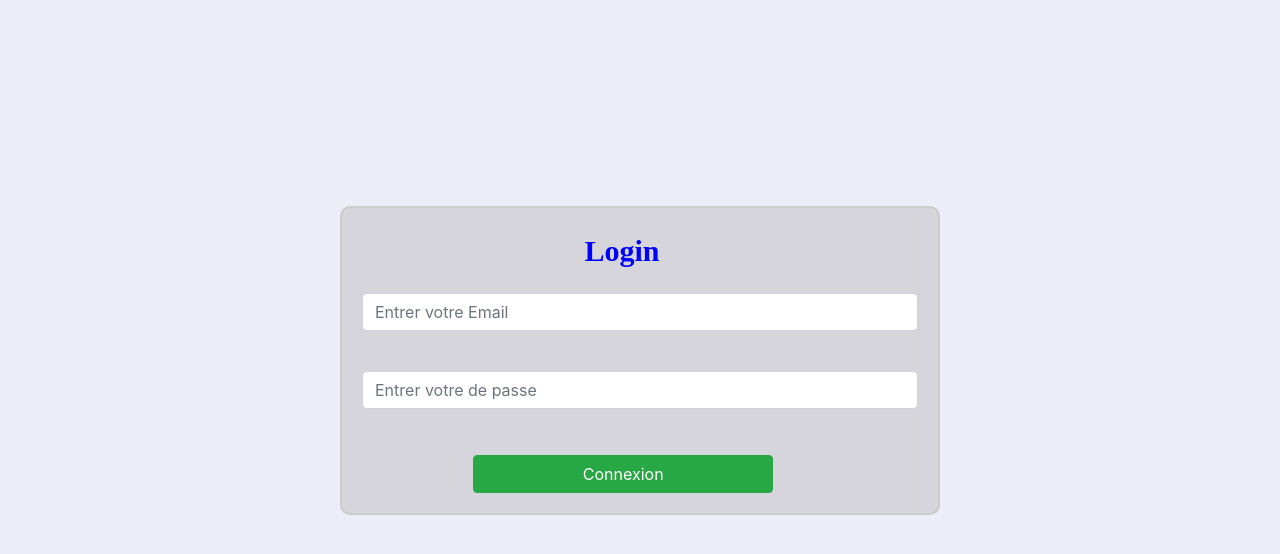
Repository: DiaryRz/FrontWeb
Page: /
These files come from the project's save history. The page is drawn as it stood at one moment and after the next save; the edit follows.
The browser window is 1280 px wide. The pictures show the whole page.
The project was rebuilt for these pictures with package versions that can differ from the ones it lists, and the page was loaded fresh each time. Also part of the build but not shown: src/component/css/Header.css, src/component/Header.jsx, src/page/css/AppAffichage.css, src/component/css/NavBar.css, src/component/NavBar.jsx, src/component/css/Model.css, src/component/InsertModel.jsx, src/page/AppAffichage.jsx and 26 more.

Above is the page before, as saved 2024-01-28 21:13:39.

After the next save:
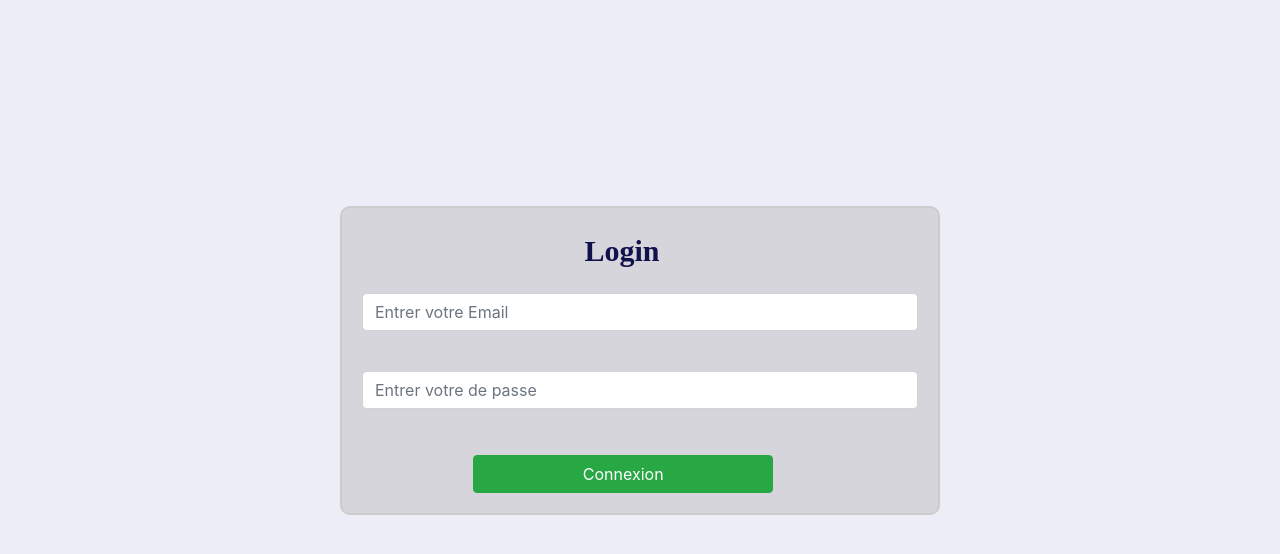
Saved 52 s later.
--- a/src/component/Login.js
+++ b/src/component/Login.js
@@ -58,7 +58,7 @@ const Login = () => {
         <form onSubmit={Inserer}>
            <div style={loginContainer}>
                     <form style={loginForm}>
-                        <div style={{ fontSize: '30px',fontFamily:'sansSerif', marginBottom: '20px' ,color:'blue',marginLeft:'40%'}}><b>Login</b></div>
+                        <div style={{ fontSize: '30px',fontFamily:'sansSerif', marginBottom: '20px' ,color:'rgb(17, 17, 75)',marginLeft:'40%'}}><b>Login</b></div>
                         <div className="mb-3">
                             <input type="email" className="form-control" placeholder="Entrer votre Email" value={nomUtilisateur} onChange={(e) => setnomUtilisateur(e.target.value)} />
                         </div>
